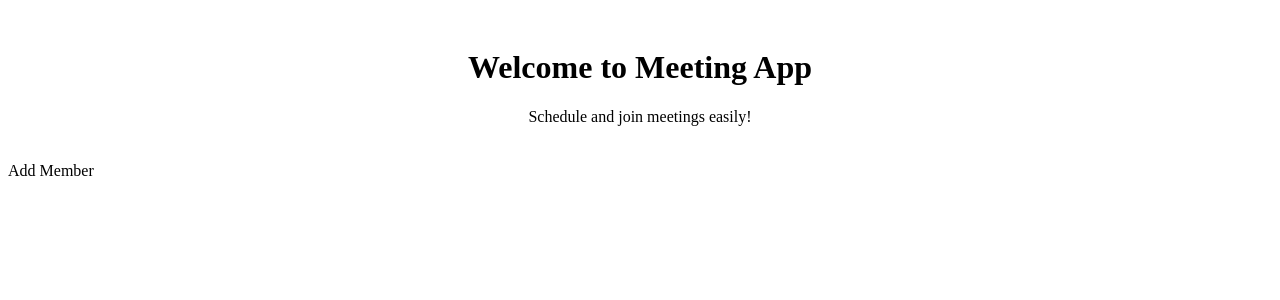
Repository: alexanderneal/meetingApp
Page: meetingApp copia/popup.html
An editor plug-in stored every save of this project. The page is shown before and after the next save, followed by the edit.
The browser window is 1280 px wide. The pictures show the whole page.

Above is the page before, as saved 2023-04-21 10:51:59.

### meetingApp copia/popup.html
<html>
  <head>
    <title>Meeting App</title>
    <meta charset="UTF-8">
    <link rel="stylesheet" href="popup.css">
  </head>
  <body>
    <div class="popup-container">
      <h1>Welcome to Meeting App</h1>
      <p>Schedule and join meetings easily!</p>
    </div>
    <div id="add-member-btn">Add Member</div>
    <div id="members-list"></div>
    <script src="popup.js"></script>
  </body>
</html>

### meetingApp copia/popup.css
.popup-container {
    width: 75%;
    margin: auto;
    text-align: center;
    padding: 20px;
  }

### meetingApp copia/popup.js
// Code for the popup window
// In popup.js

const membersList = document.getElementById("members-list");
const addMemberBtn = document.getElementById("add-member-btn");

let members = [];

addMemberBtn.addEventListener("click", () => {
  const name = prompt("Enter member name:");
  const salary = parseInt(prompt("Enter member salary:"));
  const costPerHour = salary / 52 / 40;

  const member = {
    name: name,
    salary: salary,
    costPerHour: costPerHour,
  };

  members.push(member);
  renderMembersList();
});

function renderMembersList() {
  membersList.innerHTML = "";

  members.forEach((member) => {
    const memberEl = document.createElement("div");
    memberEl.classList.add("member");
    memberEl.innerHTML = `
      <div class="member-icon"></div>
      <div class="member-name">${member.name}</div>
      <div class="member-cost">$${member.costPerHour.toFixed(2)} / hr</div>
    `;
    membersList.appendChild(memberEl);
  });
}

After the next save:
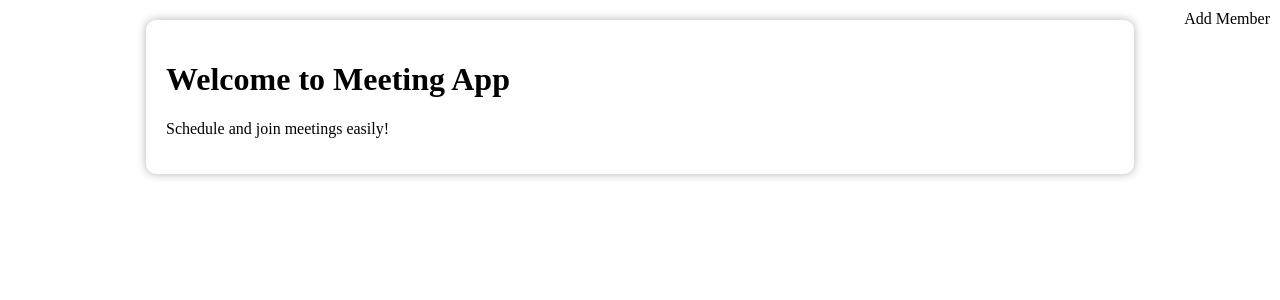
Saved 21 s later.
--- a/meetingApp copia/popup.css
+++ b/meetingApp copia/popup.css
@@ -1,6 +1,15 @@
 .popup-container {
     width: 75%;
-    margin: auto;
-    text-align: center;
+    margin: 20px auto;
     padding: 20px;
+    background-color: #fff;
+    border-radius: 10px;
+    box-shadow: 0px 0px 10px rgba(0, 0, 0, 0.3);
+    position: relative;
   }
+
+  #add-member-btn {
+    position: absolute;
+    top: 10px;
+    right: 10px;
+  }
